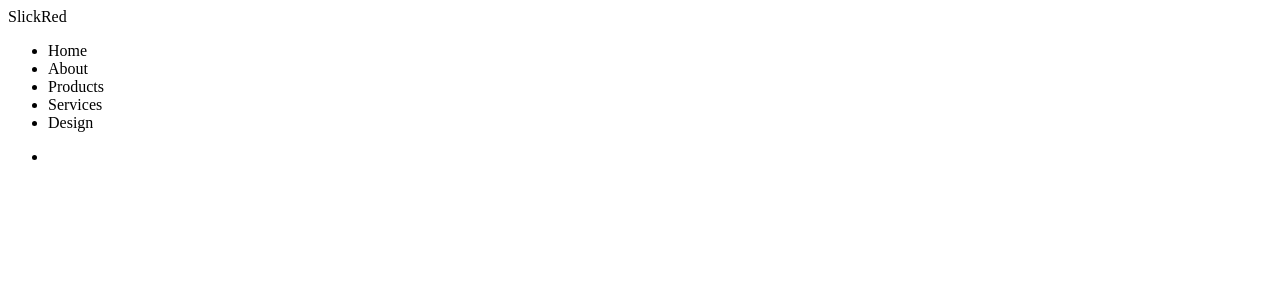
Repository: NgocTruong0701/Self_Learning
Page: html/practice/Baitapweb/Bai4.1.4.html
An editor plug-in stored every save of this project. The page is shown before and after a run of saves, followed by the edit.
The browser window is 1280 px wide. The pictures show the whole page.

Above is the page before, as saved 2021-10-05 23:24:49.

After the next 4 saves:
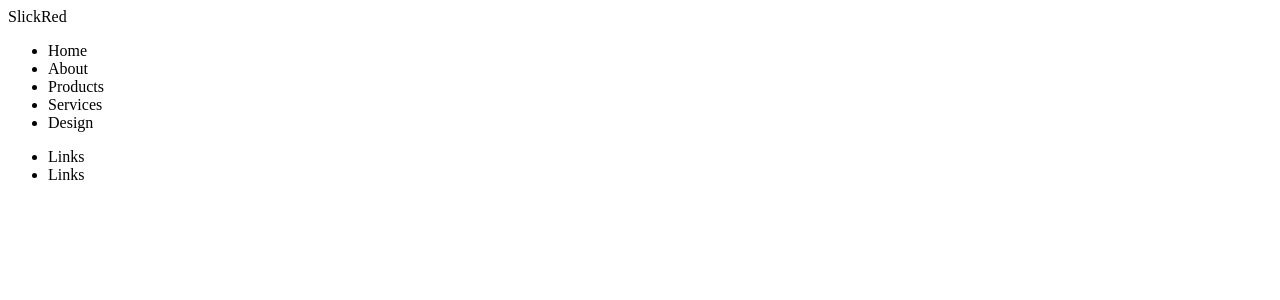
The 4 saves are shown as one change because they came seconds apart.
The last was saved 14 s later.
--- a/html/practice/Baitapweb/Bai4.1.4.html
+++ b/html/practice/Baitapweb/Bai4.1.4.html
@@ -24,7 +24,8 @@
         <div class="body">
             <div class="slidebar-left">
                 <ul class="slidebar">
-                    <li></li>
+                    <li>Links</li>
+                    <li>Links</li>
                 </ul>
             </div>
         </div>
